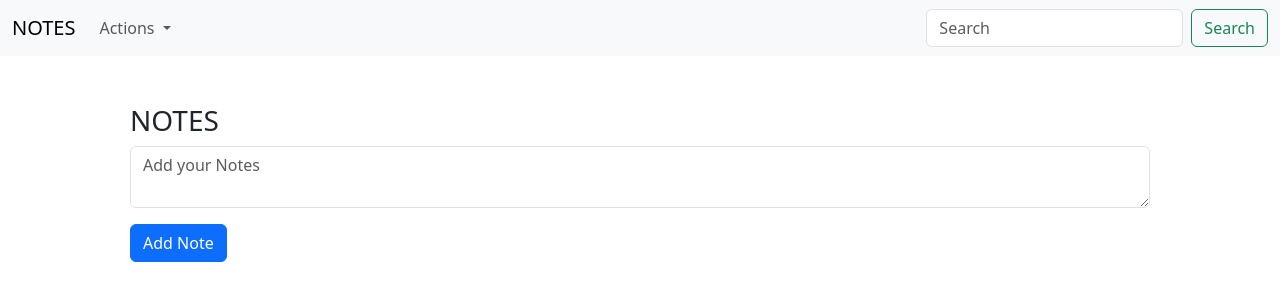
Repository: Qu4ntumGuy/flask-notes
Page: http://localhost/
These files come from the project's save history. The page is drawn as it stood at one moment and after the next save; the edit follows.
The browser window is 1280 px wide. The pictures show the whole page.
The page is served by the project's application, run on Flask 3 (website/__init__.py). The user the application loads for id 1 is signed in. The page reads the database file committed with the project.

Above is the page before, as saved 2024-05-30 22:24:56.

After the next save:
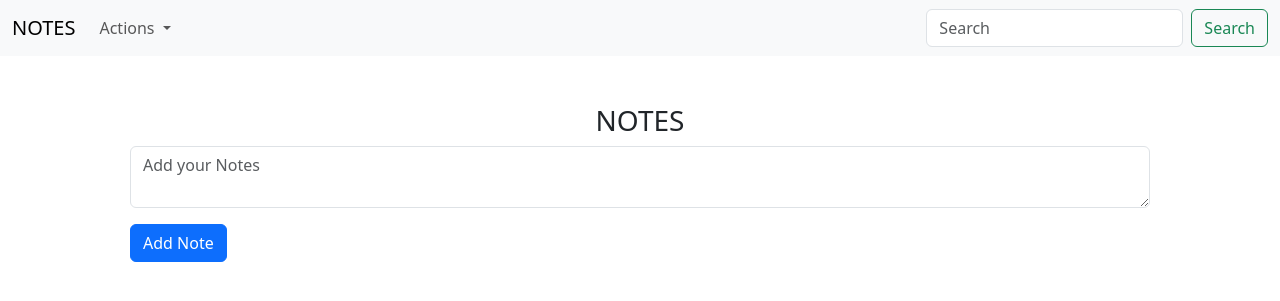
Saved 52 s later.
--- a/website/templates/home.html
+++ b/website/templates/home.html
@@ -4,12 +4,11 @@
 
 <form method="post" class="m-5">
     <div class="mb-3 mt-5">
-        <div class="">
+        <div align="center">
             <h3>NOTES</h3>
         </div>
       <!-- <label for="email" class="form-label">Email</label> -->
       <textarea class="form-control" id="note" name="note" placeholder="Add your Notes"></textarea>
-
     </div>
     <button type="submit" class="btn btn-primary">Add Note</button>
   </form>
